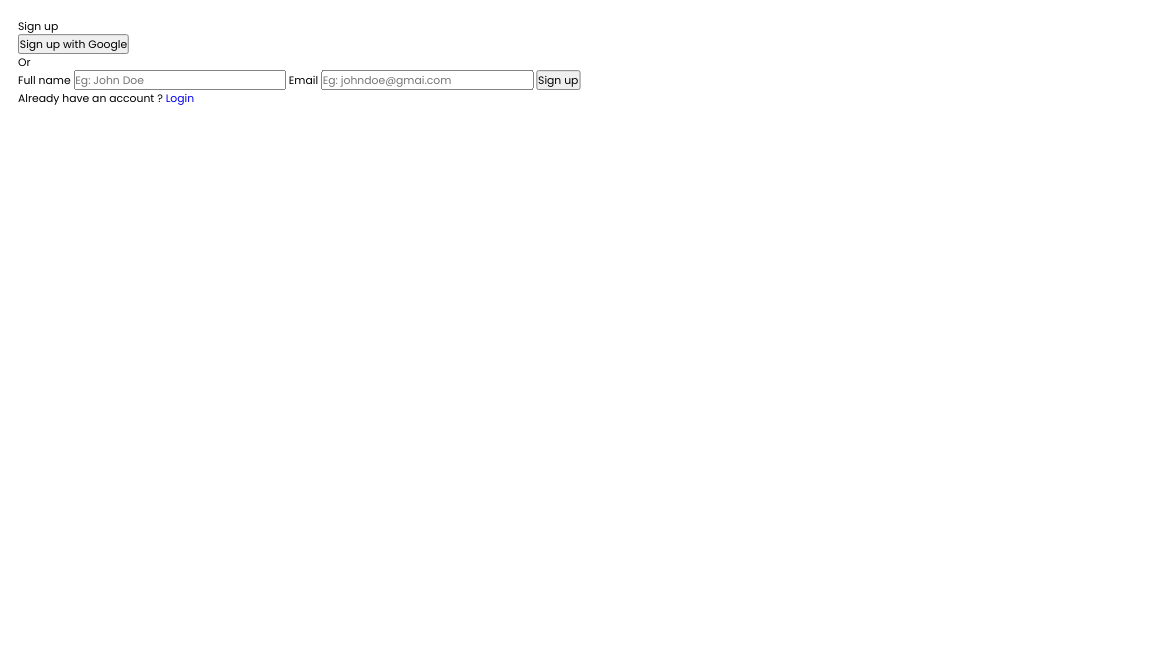
Repository: TrungDo07/octo-demo
Page: index.html
An editor plug-in stored every save of this project. The page is shown before and after the next save, followed by the edit.
The browser window is 1280 px wide. The pictures show the whole page, at 90% of full size.

Above is the page before, as saved 2021-09-18 21:48:17.

### index.html
<!DOCTYPE html>
<html lang="en">
  <head>
    <meta charset="UTF-8" />
    <meta http-equiv="X-UA-Compatible" content="IE=edge" />
    <meta name="viewport" content="width=device-width, initial-scale=1.0" />
    <title>Navigation</title>
    <link rel="preconnect" href="https://fonts.gstatic.com" />
    <link
      href="https://fonts.googleapis.com/css2?family=Poppins:wght@300;400;600&display=swap"
      rel="stylesheet"
    />
    <!-- <link
      rel="stylesheet"
      href="https://cdnjs.cloudflare.com/ajax/libs/font-awesome/4.7.0/css/font-awesome.min.css"
      integrity="sha512-SfTiTlX6kk+qitfevl/7LibUOeJWlt9rbyDn92a1DqWOw9vWG2MFoays0sgObmWazO5BQPiFucnnEAjpAB+/Sw=="
      crossorigin="anonymous"
    /> -->
    <script
      type="module"
      src="https://unpkg.com/ionicons@5.5.2/dist/ionicons/ionicons.esm.js"
    ></script>
    <script
      nomodule
      src="https://unpkg.com/ionicons@5.5.2/dist/ionicons/ionicons.js"
    ></script>
    <link rel="stylesheet" href="./css/reset.css" />
    <link rel="stylesheet" href="./css/app.css" />
  </head>
  <body>
    <div class="signup">
        <h1 class="signup-heading">Sign up</h1>
        <button class="signup-social">
          <i class="fa fa-google signup-social-icon"></i>
          <span class="signup-social-text">Sign up with Google</span>
        </button>
        <div class="signup-or"><span>Or</span></div>
        <form action="#" class="signup-form" autocomplete="off">
          <label for="fullname" class="signup-label">Full name</label>
          <input type="text" id="fullname" class="signup-input" placeholder="Eg: John Doe">
          <label for="email" class="signup-label">Email</label>
          <input type="email" id="email" class="signup-input" placeholder="Eg: johndoe@gmai.com">
          <button class="signup-submit">Sign up</button>
        </form>
        <p class="signup-already">
          <span>Already have an account ?</span>
          <a href="#" class="signup-login-link">Login</a>
        </p>
      </div>
  </body>
</html>

### css/reset.css

html,
body,
div,
span,
applet,
object,
iframe,
h1,
h2,
h3,
h4,
h5,
h6,
p,
blockquote,
pre,
a,
abbr,
acronym,
address,
big,
cite,
code,
del,
dfn,
em,
img,
ins,
kbd,
q,
s,
samp,
small,
strike,
strong,
sub,
sup,
tt,
var,
b,
u,
i,
center,
dl,
dt,
dd,
ol,
ul,
li,
fieldset,
form,
label,
legend,
table,
caption,
tbody,
tfoot,
thead,
tr,
th,
td,
article,
aside,
canvas,
details,
embed,
figure,
figcaption,
footer,
header,
hgroup,
menu,
nav,
output,
ruby,
section,
summary,
time,
mark,
audio,
video {
  margin: 0;
  padding: 0;
  border: 0;
  font-size: 100%;
  font: inherit;
  vertical-align: baseline;
}
/* HTML5 display-role reset for older browsers */
article,
aside,
details,
figcaption,
figure,
footer,
header,
hgroup,
menu,
nav,
section {
  display: block;
}
body {
  line-height: 1;
}
ol,
ul {
  list-style: none;
}
blockquote,
q {
  quotes: none;
}
blockquote:before,
blockquote:after,
q:before,
q:after {
  content: "";
  content: none;
}
table {
  border-collapse: collapse;
  border-spacing: 0;
}

### css/app.css

*,
*:before,
*:after {
  box-sizing: border-box;
  margin: 0;
  padding: 0;
}
a {
  text-decoration: none;
}
img {
  display: block;
  max-width: 100%;
}
body,
input,
button,
textarea,
select {
  outline: none;
  font-size: 12px;
  line-height: 1.5;
  font-family: "Poppins", sans-serif;
}
input {
  line-height: normal;
}
button {
  cursor: pointer;
}
body {
  padding: 20px;
}

After the next save:
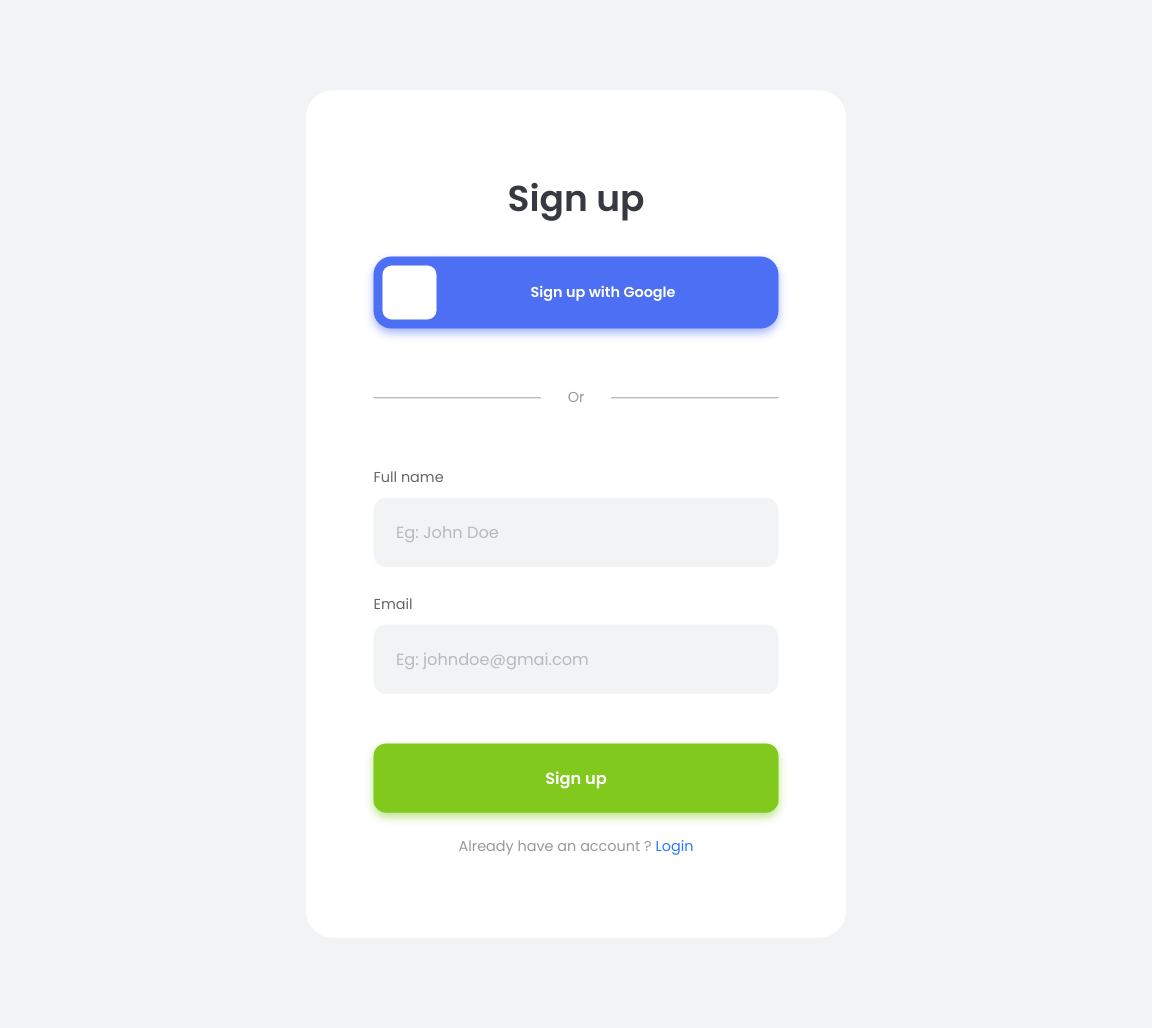
Saved 32 s later.
--- a/css/app.css
+++ b/css/app.css
@@ -32,3 +32,144 @@ button {
 body {
   padding: 20px;
 }
+html {
+    font-size: 62.5%;
+    font-family: "Poppins", sans-serif;
+  }
+  * {
+    box-sizing: border-box;
+  }
+  body {
+    width: 100%;
+    min-height: 100vh;
+    background-color: #f2f3f5;
+    display: flex;
+    align-items: center;
+    justify-content: center;
+    padding: 100px 0;
+  }
+  .signup {
+    padding: 90px 75px;
+    background-color: #fff;
+    width: 100%;
+    max-width: 600px;
+    border-radius: 30px;
+  }
+  .signup-heading {
+    font-size: 40px;
+    font-weight: bold;
+    color: #373941;
+    text-align: center;
+    margin-bottom: 35px;
+  }
+  .signup-social {
+    padding: 10px;
+    border-radius: 20px;
+    display: block;
+    width: 100%;
+    color: white;
+    font-size: 16px;
+    font-weight: bold;
+    font-family: "Poppins", sans-serif;
+    border: 0;
+    background-color: #4c6ff4;
+    display: flex;
+    align-items: center;
+    cursor: pointer;
+    outline: none;
+    box-shadow: 0 5px 10px 0 rgba(76, 111, 244, 0.5);
+  }
+  .signup-social-icon {
+    width: 60px;
+    height: 60px;
+    border-radius: 10px;
+    background-color: white;
+    display: flex;
+    align-items: center;
+    justify-content: center;
+    color: #4c6ff4;
+    font-size: 30px;
+  }
+  .signup-social-text {
+    display: block;
+    margin: 0 auto;
+  }
+  .signup-or {
+    text-align: center;
+    font-size: 16px;
+    color: #999;
+    margin: 55px auto;
+    position: relative;
+  }
+  .signup-or span {
+    display: inline-block;
+    padding: 10px 30px;
+    background-color: #fff;
+    position: relative;
+    z-index: 2;
+  }
+  .signup-or:after {
+    content: "";
+    width: 100%;
+    height: 1px;
+    background-color: #999;
+    position: absolute;
+    top: 50%;
+    left: 0;
+    transform: translateY(-50%);
+  }
+  .signup-label {
+    font-size: 16px;
+    color: #63676b;
+    font-weight: 500;
+    margin-bottom: 10px;
+    display: inline-block;
+    cursor: pointer;
+  }
+  .signup-input {
+    display: block;
+    width: 100%;
+    padding: 25px;
+    border-radius: 14px;
+    background-color: #f2f3f5;
+    outline: none;
+    border: 0;
+    font-family: "Poppins", sans-serif;
+    font-size: 18px;
+    margin-bottom: 30px;
+  }
+  .signup-input::-webkit-input-placeholder {
+    color: #b4bac0;
+    font-weight: 500;
+  }
+  .signup-input::-moz-input-placeholder {
+    color: #b4bac0;
+    font-weight: 500;
+  }
+  .signup-submit {
+    padding: 25px;
+    color: white;
+    font-size: 18px;
+    text-align: center;
+    border: 0;
+    outline: none;
+    display: inline-block;
+    width: 100%;
+    border-radius: 14px;
+    background-color: rgb(130, 201, 30);
+    font-family: "Poppins", sans-serif;
+    cursor: pointer;
+    font-weight: 600;
+    box-shadow: 0 5px 10px 0 rgba(130, 201, 30, 0.5);
+    margin-top: 25px;
+    margin-bottom: 25px;
+  }
+  .signup-already {
+    text-align: center;
+    font-size: 16px;
+    color: #999;
+  }
+  .signup-login-link {
+    color: #2979ff;
+    text-decoration: none;
+  }
